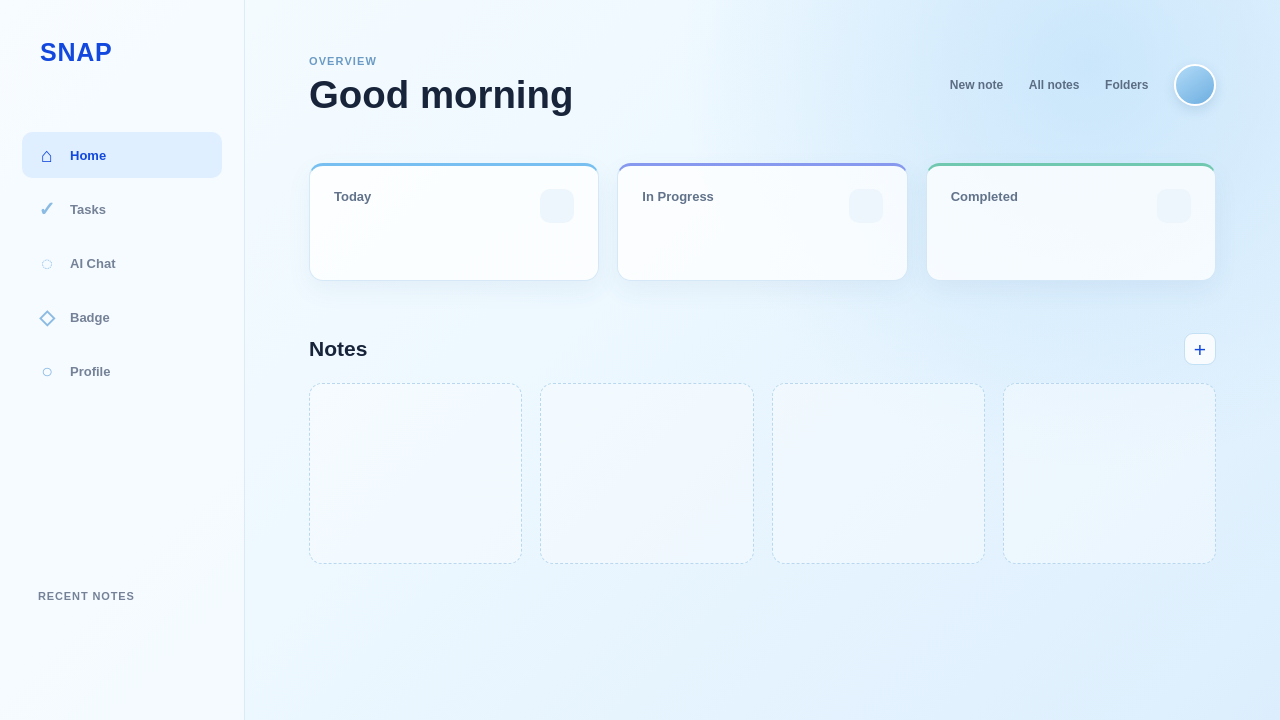
Repository: Lee-Productions-Inc/SNAP_productions
Page: pages/dashboard.html
The author's editor kept a copy of each file at every save. The page is drawn from the files as they stood at one save, then again after the next save.
The browser window is 1280 px wide. The pictures show the whole page.

Above is the page before, as saved 2026-09-16 20:48:02.

### pages/dashboard.html
<!DOCTYPE html>
<html lang="en">
<head>
    <meta charset="UTF-8">
    <meta name="viewport" content="width=device-width, initial-scale=1.0">
    <title>Dashboard | SNAP</title>
    <link rel="stylesheet" href="../designs/dashboard.css">
</head>
<body>
    <div class="dashboard-shell">
        <aside class="sidebar" aria-label="Main navigation">
            <a class="brand" href="dashboard.html" aria-label="SNAP home">SNAP</a>

            <nav class="primary-nav">
                <a class="nav-item active" href="dashboard.html"><span aria-hidden="true">⌂</span>Home</a>
                <a class="nav-item" href="#tasks"><span aria-hidden="true">✓</span>Tasks</a>
                <a class="nav-item" href="#ai-chat"><span aria-hidden="true">◌</span>AI Chat</a>
                <a class="nav-item" href="#badge"><span aria-hidden="true">◇</span>Badge</a>
                <a class="nav-item" href="#profile"><span aria-hidden="true">○</span>Profile</a>
            </nav>

            <div class="recent-notes">
                <h2>Recent Notes</h2>
                <div class="empty-recent" aria-hidden="true"></div>
            </div>
        </aside>

        <main class="dashboard-main">
            <header class="dashboard-header">
                <div>
                    <p class="eyebrow">Overview</p>
                    <h1>Good morning</h1>
                </div>
                <div class="header-actions">
                    <a class="text-action" href="#new-note">New note</a>
                    <a class="text-action" href="#all-notes">All notes</a>
                    <a class="text-action" href="#folders">Folders</a>
                    <button class="profile-placeholder" type="button" aria-label="Open profile"></button>
                </div>
            </header>

            <section class="status-grid" aria-label="Task status">
                <article class="status-card today-card">
                    <span class="status-label">Today</span>
                    <strong class="status-count" aria-label="No count yet"></strong>
                </article>
                <article class="status-card progress-card">
                    <span class="status-label">In Progress</span>
                    <strong class="status-count" aria-label="No count yet"></strong>
                </article>
                <article class="status-card completed-card">
                    <span class="status-label">Completed</span>
                    <strong class="status-count" aria-label="No count yet"></strong>
                </article>
            </section>

            <section class="notes-section" aria-labelledby="notes-title">
                <div class="section-heading">
                    <h2 id="notes-title">Notes</h2>
                    <button class="icon-button" type="button" aria-label="Add note">+</button>
                </div>
                <div class="notes-grid">
                    <button class="note-placeholder" type="button" aria-label="Empty note placeholder"></button>
                    <button class="note-placeholder" type="button" aria-label="Empty note placeholder"></button>
                    <button class="note-placeholder" type="button" aria-label="Empty note placeholder"></button>
                    <button class="note-placeholder" type="button" aria-label="Empty note placeholder"></button>
                </div>
            </section>
        </main>
    </div>
</body>
</html>

### designs/dashboard.css
:root {
    font-family: Arial, sans-serif;
    color: #172033;
    background: #edf7ff;
}

* {
    box-sizing: border-box;
}

body {
    min-width: 320px;
    min-height: 100vh;
    margin: 0;
}

button,
a {
    font: inherit;
}

button,
a {
    -webkit-tap-highlight-color: transparent;
}

.dashboard-shell {
    display: flex;
    min-height: 100vh;
    background:
        radial-gradient(circle at 85% 9%, rgba(190, 224, 250, 0.7), transparent 32%),
        linear-gradient(135deg, #f7fcff 0%, #edf8ff 45%, #dceefd 100%);
}

.sidebar {
    display: flex;
    flex: 0 0 245px;
    flex-direction: column;
    min-height: 100vh;
    padding: 38px 22px 28px;
    border-right: 1px solid rgba(136, 183, 219, 0.24);
    background: rgba(248, 252, 255, 0.68);
}

.brand {
    margin: 0 18px 65px;
    color: #1248dd;
    font-size: 25px;
    font-weight: 800;
    letter-spacing: 0.03em;
    text-decoration: none;
}

.primary-nav {
    display: grid;
    gap: 8px;
}

.nav-item {
    display: flex;
    align-items: center;
    gap: 14px;
    min-height: 46px;
    padding: 0 16px;
    border-radius: 10px;
    color: #748197;
    font-size: 13px;
    font-weight: 700;
    text-decoration: none;
    transition: background 160ms ease, color 160ms ease;
}

.nav-item span {
    width: 18px;
    color: #8bbbe3;
    font-size: 20px;
    line-height: 1;
    text-align: center;
}

.nav-item:hover,
.nav-item.active {
    color: #1248dd;
    background: #e0efff;
}

.nav-item.active span {
    color: #1248dd;
}

.recent-notes {
    margin-top: auto;
    padding: 28px 16px 0;
}

.recent-notes h2 {
    margin: 0;
    color: #748197;
    font-size: 11px;
    font-weight: 800;
    letter-spacing: 0.08em;
    text-transform: uppercase;
}

.empty-recent {
    height: 90px;
}

.dashboard-main {
    width: min(100%, 1180px);
    margin: 0 auto;
    padding: 55px clamp(28px, 5vw, 72px) 70px;
}

.dashboard-header,
.section-heading {
    display: flex;
    align-items: center;
    justify-content: space-between;
    gap: 24px;
}

.eyebrow {
    margin: 0 0 8px;
    color: #6b9bc4;
    font-size: 11px;
    font-weight: 800;
    letter-spacing: 0.1em;
    text-transform: uppercase;
}

.dashboard-header h1 {
    margin: 0;
    color: #18243a;
    font-size: clamp(28px, 3vw, 40px);
    line-height: 1.05;
}

.header-actions {
    display: flex;
    align-items: center;
    gap: clamp(12px, 2vw, 26px);
}

.text-action {
    color: #5c6d83;
    font-size: 12px;
    font-weight: 700;
    text-decoration: none;
}

.text-action:hover {
    color: #1248dd;
}

.profile-placeholder {
    width: 42px;
    height: 42px;
    min-height: 42px;
    padding: 0;
    border: 2px solid #fff;
    border-radius: 50%;
    background: linear-gradient(145deg, #a7d4f4 15%, #6daee0 100%);
    box-shadow: 0 4px 12px rgba(55, 111, 157, 0.18);
    cursor: pointer;
}

.status-grid {
    display: grid;
    grid-template-columns: repeat(3, 1fr);
    gap: 18px;
    margin-top: 48px;
}

.status-card {
    display: flex;
    align-items: flex-start;
    justify-content: space-between;
    min-height: 118px;
    padding: 23px 24px;
    border: 1px solid rgba(157, 201, 234, 0.4);
    border-radius: 14px;
    background: rgba(255, 255, 255, 0.75);
    box-shadow: 0 9px 25px rgba(67, 119, 158, 0.07);
}

.today-card { border-top: 3px solid #77bff0; }
.progress-card { border-top: 3px solid #8799ee; }
.completed-card { border-top: 3px solid #70c8b0; }

.status-label {
    color: #61728a;
    font-size: 13px;
    font-weight: 700;
}

.status-count {
    display: block;
    width: 34px;
    height: 34px;
    border-radius: 10px;
    background: #edf6fd;
}

.notes-section {
    margin-top: 52px;
}

.section-heading h2 {
    margin: 0;
    color: #18243a;
    font-size: 21px;
}

.icon-button {
    width: 32px;
    height: 32px;
    min-height: 32px;
    border: 1px solid #c4e0f5;
    border-radius: 9px;
    color: #1248dd;
    background: rgba(255, 255, 255, 0.8);
    font-size: 21px;
    line-height: 1;
    cursor: pointer;
}

.icon-button:hover {
    background: #fff;
}

.notes-grid {
    display: grid;
    grid-template-columns: repeat(4, minmax(0, 1fr));
    gap: 18px;
    margin-top: 18px;
}

.note-placeholder {
    width: 100%;
    aspect-ratio: 1.18;
    min-height: 150px;
    border: 1px dashed #b9d8ef;
    border-radius: 13px;
    background: rgba(255, 255, 255, 0.36);
    cursor: pointer;
    transition: border-color 160ms ease, background 160ms ease;
}

.note-placeholder:hover,
.note-placeholder:focus-visible {
    border-color: #5fa9df;
    background: rgba(255, 255, 255, 0.66);
    outline: none;
}

@media (max-width: 900px) {
    .sidebar {
        flex-basis: 205px;
    }

    .notes-grid {
        grid-template-columns: repeat(2, minmax(0, 1fr));
    }
}

@media (max-width: 680px) {
    .dashboard-shell {
        display: block;
    }

    .sidebar {
        min-height: auto;
        padding: 22px 18px 12px;
        border-right: 0;
        border-bottom: 1px solid rgba(136, 183, 219, 0.24);
    }

    .brand {
        margin: 0 4px 20px;
    }

    .primary-nav {
        display: flex;
        gap: 4px;
        overflow-x: auto;
        padding-bottom: 3px;
    }

    .nav-item {
        flex: 0 0 auto;
        gap: 7px;
        min-height: 38px;
        padding: 0 11px;
        font-size: 11px;
    }

    .nav-item span {
        width: auto;
        font-size: 16px;
    }

    .recent-notes {
        display: none;
    }

    .dashboard-main {
        padding: 34px 20px 48px;
    }

    .dashboard-header {
        align-items: flex-start;
        flex-direction: column;
    }

    .header-actions {
        flex-wrap: wrap;
        gap: 14px;
    }

    .status-grid {
        grid-template-columns: 1fr;
        gap: 12px;
        margin-top: 32px;
    }

    .status-card {
        min-height: 82px;
    }

    .notes-section {
        margin-top: 38px;
    }

    .notes-grid {
        gap: 12px;
    }

    .note-placeholder {
        min-height: 120px;
    }
}

After the next save:
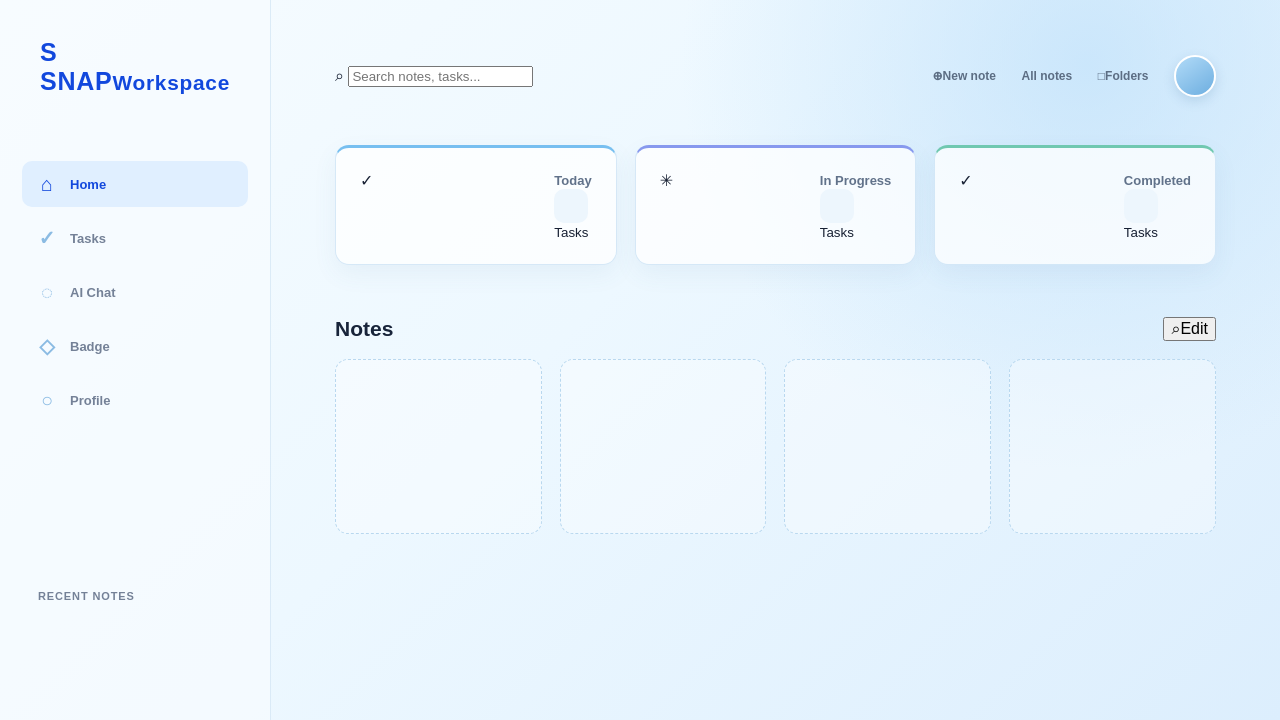
Saved 3 min 35 s later.
--- a/pages/dashboard.html
+++ b/pages/dashboard.html
@@ -9,7 +9,10 @@
 <body>
     <div class="dashboard-shell">
         <aside class="sidebar" aria-label="Main navigation">
-            <a class="brand" href="dashboard.html" aria-label="SNAP home">SNAP</a>
+            <a class="brand" href="dashboard.html" aria-label="SNAP home">
+                <span class="brand-mark">S</span>
+                <span><strong>SNAP</strong><small>Workspace</small></span>
+            </a>
 
             <nav class="primary-nav">
                 <a class="nav-item active" href="dashboard.html"><span aria-hidden="true">⌂</span>Home</a>
@@ -27,37 +30,49 @@
 
         <main class="dashboard-main">
             <header class="dashboard-header">
-                <div>
-                    <p class="eyebrow">Overview</p>
-                    <h1>Good morning</h1>
-                </div>
+                <label class="search-box">
+                    <span aria-hidden="true">⌕</span>
+                    <input type="search" placeholder="Search notes, tasks..." aria-label="Search notes and tasks">
+                </label>
                 <div class="header-actions">
-                    <a class="text-action" href="#new-note">New note</a>
-                    <a class="text-action" href="#all-notes">All notes</a>
-                    <a class="text-action" href="#folders">Folders</a>
+                    <a class="text-action new-note" href="#new-note"><span aria-hidden="true">⊕</span>New note</a>
+                    <a class="text-action selected-action" href="#all-notes">All notes</a>
+                    <a class="text-action folder-action" href="#folders"><span aria-hidden="true">□</span>Folders</a>
                     <button class="profile-placeholder" type="button" aria-label="Open profile"></button>
                 </div>
             </header>
 
             <section class="status-grid" aria-label="Task status">
                 <article class="status-card today-card">
+                    <span class="status-icon" aria-hidden="true">✓</span>
+                    <span class="status-info">
                     <span class="status-label">Today</span>
                     <strong class="status-count" aria-label="No count yet"></strong>
+                    <small>Tasks</small>
+                    </span>
                 </article>
                 <article class="status-card progress-card">
+                    <span class="status-icon" aria-hidden="true">✳</span>
+                    <span class="status-info">
                     <span class="status-label">In Progress</span>
                     <strong class="status-count" aria-label="No count yet"></strong>
+                    <small>Tasks</small>
+                    </span>
                 </article>
                 <article class="status-card completed-card">
+                    <span class="status-icon" aria-hidden="true">✓</span>
+                    <span class="status-info">
                     <span class="status-label">Completed</span>
                     <strong class="status-count" aria-label="No count yet"></strong>
+                    <small>Tasks</small>
+                    </span>
                 </article>
             </section>
 
             <section class="notes-section" aria-labelledby="notes-title">
                 <div class="section-heading">
                     <h2 id="notes-title">Notes</h2>
-                    <button class="icon-button" type="button" aria-label="Add note">+</button>
+                    <button class="edit-button" type="button"><span aria-hidden="true">⌕</span>Edit</button>
                 </div>
                 <div class="notes-grid">
                     <button class="note-placeholder" type="button" aria-label="Empty note placeholder"></button>
